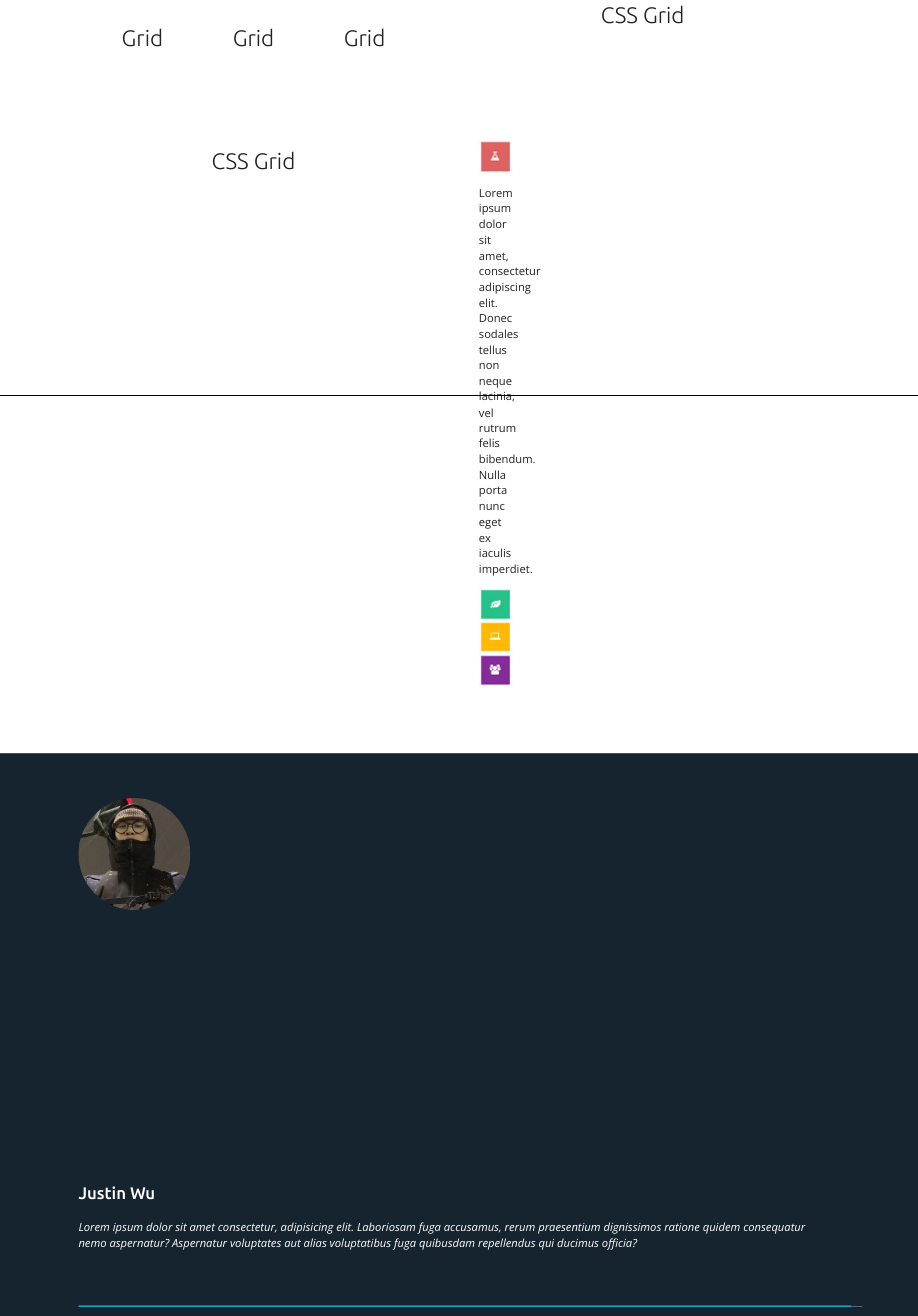
Repository: justinweiyungwu/week4project1v2
Page: cssgrid/index.html
The author's editor kept a copy of each file at every save. The page is drawn from the files as they stood at one save, then again after the next save.
The browser window is 1280 px wide. The page is 1312 px wide, so the pictures cover 1312 px, including what lies to the right of the window. The pictures show the part of the page from y = 2340 to 4220 px (the page is 12037 px tall before and 11701 px after), at 70% of full size.

Above is the page before, as saved 2023-02-03 15:18:46.

After the next save:
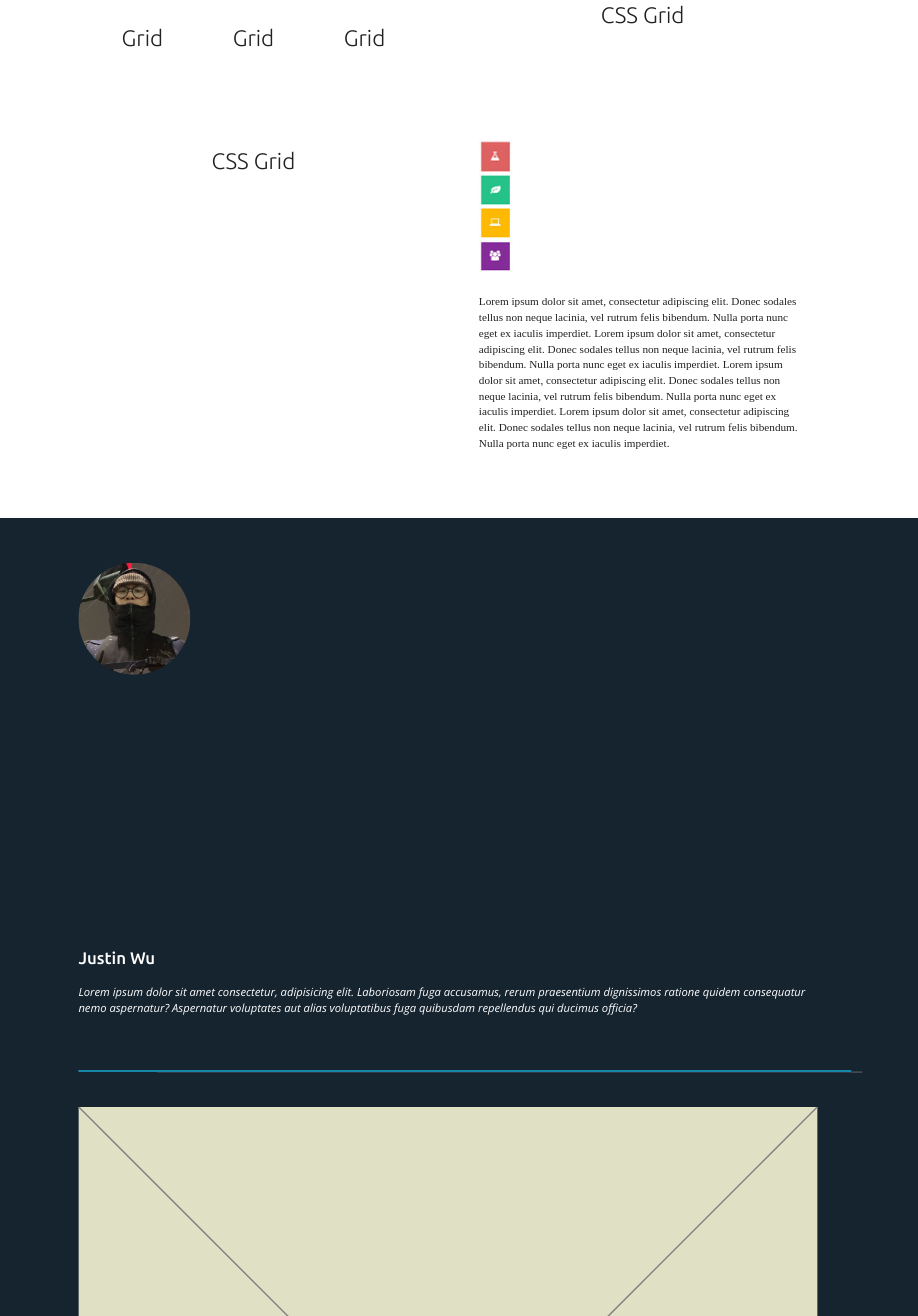
Saved 35 s later.
--- a/cssgrid/index.html
+++ b/cssgrid/index.html
@@ -248,10 +248,15 @@
             <div class="col">
                     <div class="bottom-icons">
                         <img src="img/Potion-Icon.png">
-                        <p>Lorem ipsum dolor sit amet, consectetur adipiscing elit. Donec sodales tellus non neque lacinia, vel rutrum felis bibendum. Nulla porta nunc eget ex iaculis imperdiet.</p>
                         <img src="img/Leaf-Icon.png">
                         <img src="img/Computer-Icon.png">
                         <img src="img/People-Icon.png">
+                    </div>
+                    <div class="col">
+                        Lorem ipsum dolor sit amet, consectetur adipiscing elit. Donec sodales tellus non neque lacinia, vel rutrum felis bibendum. Nulla porta nunc eget ex iaculis imperdiet.
+                        Lorem ipsum dolor sit amet, consectetur adipiscing elit. Donec sodales tellus non neque lacinia, vel rutrum felis bibendum. Nulla porta nunc eget ex iaculis imperdiet.
+                        Lorem ipsum dolor sit amet, consectetur adipiscing elit. Donec sodales tellus non neque lacinia, vel rutrum felis bibendum. Nulla porta nunc eget ex iaculis imperdiet.
+                        Lorem ipsum dolor sit amet, consectetur adipiscing elit. Donec sodales tellus non neque lacinia, vel rutrum felis bibendum. Nulla porta nunc eget ex iaculis imperdiet.
                     </div>
             </div>
         </div>
